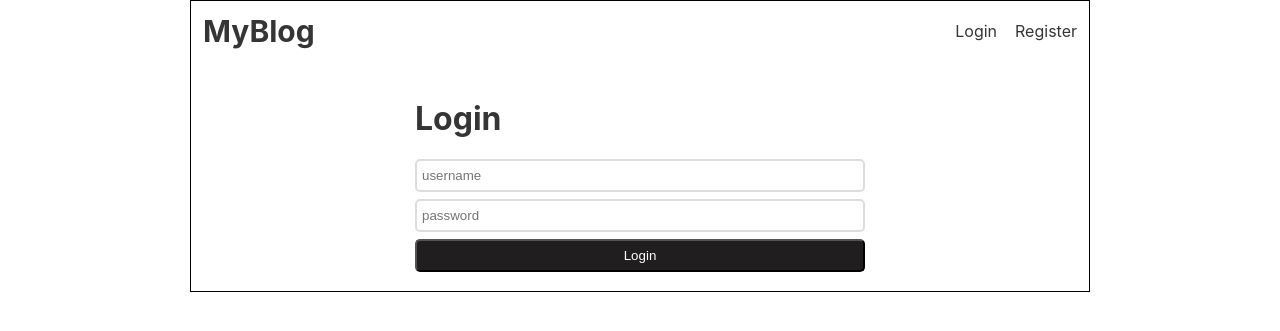
Repository: ateeque-219/BlogApp
Page: /login (app in blogapp/)
An editor plug-in stored every save of this project. The page is shown before and after a run of saves, followed by the edit.
The browser window is 1280 px wide. The pictures show the whole page.
The page's requests for data from a server got no answer. The project was rebuilt for these pictures with package versions that can differ from the ones it lists, and the page was loaded fresh each time. No one was signed in, and anything a server would have sent is missing. Also part of the build but not shown: blogapp/src/Post.js, blogapp/src/pages/Indexpage.js, blogapp/src/pages/RegisterPage.js.

Above is the page before, as saved 2024-01-14 02:11:30.

### blogapp/src/index.js
import React from 'react';
import ReactDOM from 'react-dom/client';
import './index.css';
import App from './App';
import  { BrowserRouter } from "react-router-dom";

const root = ReactDOM.createRoot(document.getElementById('root'));
root.render(
  <React.StrictMode>
   <BrowserRouter>
   <App />
   </BrowserRouter>
  </React.StrictMode>
);

### blogapp/src/App.js

import { Route, Routes } from 'react-router';
import './App.css';
import Layoutt from './Layoutt';
import Indexpage from './pages/Indexpage';
import LoginPage from './pages/LoginPage';
import RegisterPage from './pages/RegisterPage';
import { UserContextProvider } from './UserContext';
function App() {
  return (
    <UserContextProvider>
      <Routes>
      <Route path="/" element={<Layoutt />}>
        <Route index element={<Indexpage />} />
        <Route path="/login" element={<LoginPage/>} />
        <Route path ="/register" element={<RegisterPage/>}/>
      </Route>
    </Routes>
    </UserContextProvider>

  );
}

export default App;

### blogapp/src/App.css
*{
  box-sizing: border-box;
}
body{
  color: #353535;
}
img{
  max-width: 100%;
}
main{
  padding: 12px;
  max-width: 900px;
  margin:0 auto ;
  border: 1px solid black;
}
header{
 display: flex;
 justify-content: space-between;
 margin-bottom: 50px;
 align-items: center;
}
header a{
  text-decoration: none;
  color: inherit;
}
header a.logo{
  font-weight: bolder;
  font-size: 30px;
}
header nav{
  display: flex;
  gap: 18px;
}
div.post{
  display: flex;
  gap: 22px;
   margin-bottom: 44px;
}
div.texts{
  margin: 0;
  padding: 0;
}

.texts h2 {
  margin: 0;
}

.image {
  margin-top: 18px;
  width: 600px;
}
div.post p.info{
  margin: 5px 0;
  display: flex;
  gap: 5px;
  font-weight: bold;
  color: #888;
  font-size: 1rem;

}
div.post p.info a.author{
  color: #333;
}
div.post p.summary{
  margin:4px 0;
  line-height: 1.5rem;
}
form.login , form.register{
max-width: 450px;
  margin: 0 auto;
}
input{
 width: 100%;
 display: block;
 margin-bottom: 7px;
 padding: 7px 5px;
 background-color:#fff;
 border: 2.5px solid #ddd;
 border-radius: 5px;

}
button{
  width: 100%;
  display: block;
 margin-bottom: 7px;
 padding: 7px;
  background-color: rgb(32, 30, 30);
 border-radius: 5px;
 color: white;
}

.title{
  text-align: center;
}

### blogapp/src/Layoutt.js
import React from 'react'
import Head from './Head'
import { Outlet } from 'react-router-dom'
const Layoutt = () => {
  return (
    <main>
      <Head></Head>
      <Outlet/>
    </main>
  )
}

export default Layoutt

### blogapp/src/pages/LoginPage.js
// import React, { useContext, useState } from 'react'
// import { Navigate } from 'react-router';
// import { UserContext } from '../UserContext';

// const LoginPage = () => {
//   const [username, setUsername] = useState('');
//   const [password, setPassword] = useState('');
//   const [redirect,setredirect] = useState(false);
//   const {setuserinfo} = useContext(UserContext);

//   async function login(e){
//     e.preventDefault();
//    const response = await fetch('http://localhost:4000/login',{
//       method:'POST',
//       body:JSON.stringify({username,password}),
//       headers : {'Content-Type':'application/json'},
//       credentials: 'include',
//     });
//     if(response.ok){
//       response.json().then(userinfo =>{
//         // console.log(userinfo);
//         setuserinfo(userinfo);
//         setredirect(true);
//       });

//     }
//     else{
//       alert("wrong credentials");
//     }
//   }
//   if(redirect){
//     return <Navigate to ={'/'}/>
//   }
//   return (
//     <form className="login" onSubmit={(e) => login(e)}>
//       <h1 className='title'>Login</h1>
//       <input type="text" placeholder='username' value={username} onChange={(e) => setUsername(e.target.value)} />
//       <input type="password" placeholder='password' value={password} onChange={(e) => setPassword(e.target.value)} />
//       <button type='submit'>Login</button>
//     </form>
//   );
// }

// export default LoginPage



import { useContext, useState } from "react";
import { Navigate } from "react-router-dom";
import { UserContext } from "../UserContext";

export default function LoginPage() {
  const [username, setUsername] = useState("");
  const [password, setPassword] = useState("");
  const [redirect, setRedirect] = useState(false);
  const [loading, setLoading] = useState(false); // Add loading state
  const { setuserinfo } = useContext(UserContext);

  async function login(ev) {
    ev.preventDefault();
    setLoading(true); // Set loading state to true

    try {
      const response = await fetch("http://localhost:4000/login", {
        method: "POST",
        body: JSON.stringify({ username, password }),
        headers: { "Content-Type": "application/json" },
        credentials: "include",
      });

      if (response.ok) {
        const userInfo = await response.json();
        setuserinfo(userInfo);
        setRedirect(true);
      } else {
        alert("Wrong credentials");
      }
    } catch (error) {
      console.error("Login failed:", error);
      alert("Login failed. Please try again.");
    } finally {
      setLoading(false); // Set loading state back to false, whether login succeeds or fails
    }
  }

  if (redirect) {
    return <Navigate to={"/"} />;
  }

  return (
    <form className="login" onSubmit={login}>
      <h1>Login</h1>
      <input
        type="text"
        placeholder="username"
        value={username}
        onChange={(ev) => setUsername(ev.target.value)}
      />
      <input
        type="password"
        placeholder="password"
        value={password}
        onChange={(ev) => setPassword(ev.target.value)}
      />
      <button type="submit" disabled={loading}>
        {loading ? "Logging in..." : "Login"}
      </button>
    </form>
  );
}

### blogapp/src/UserContext.js
import { createContext, useState } from 'react';
export const UserContext = createContext({});

export function UserContextProvider({ children }) {
  const [userinfo, setuserinfo] = useState({});

  return (
    <UserContext.Provider value={{ userinfo, setuserinfo }}>
      {children}
    </UserContext.Provider>
  );
}

### blogapp/src/Head.js
import React, { useContext, useEffect, useState } from 'react'
import { Link } from 'react-router-dom';
import { UserContext } from './UserContext';
const Head = () => {
  const ctx = useContext(UserContext);
  const [userinfo,setuserinfo] = useState(ctx);
  useEffect(() => {
    fetch('http://localhost:4000/profile', {
      credentials: 'include',
    })
      .then(response => {
         return response.json();
      })
      .then(profileInfo => {
        console.log(profileInfo)
        setuserinfo(profileInfo);
      })
      .catch(error => {
        throw(error);
      });
  }, []);


function logout(){
   fetch('http://localhost:4000/logout',{
    credentials : 'include' ,
    method:'POST',
  });
  setuserinfo({});
}

const username = userinfo?.username;
console.log('dasda',userinfo?.username);
  return (
    <div><header>
    <Link to="/" className="logo">MyBlog</Link>
    <nav>
      {userinfo?.username && (
        <>
        {console.log('3343')}
        <Link to ="create">create</Link>
        <a onClick={logout}>logout</a>
        </>
      )}
      {!userinfo?.username && (
        <>
        {console.log('3343')}
         <Link to="/login">Login</Link>
       <Link to="/register">Register</Link>
        </>
      )}
    </nav>
  </header></div>
  );
}
export default Head;

Loaded but not shown: blogapp/public/index.html (common file); blogapp/src/index.css (common file)

After the next 2 saves:
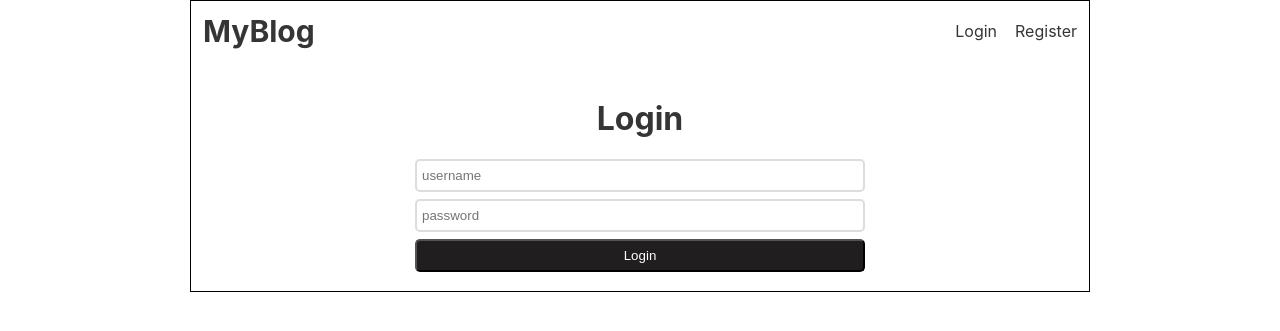
The 2 saves are shown as one change because 1 did not build or start.
The last was saved 3 min 52 s later.
--- a/blogapp/src/pages/LoginPage.js
+++ b/blogapp/src/pages/LoginPage.js
@@ -1,110 +1,44 @@
-// import React, { useContext, useState } from 'react'
-// import { Navigate } from 'react-router';
-// import { UserContext } from '../UserContext';
+import React, { useContext, useState } from 'react'
+import { Navigate } from 'react-router';
+import { UserContext } from '../UserContext';
 
-// const LoginPage = () => {
-//   const [username, setUsername] = useState('');
-//   const [password, setPassword] = useState('');
-//   const [redirect,setredirect] = useState(false);
-//   const {setuserinfo} = useContext(UserContext);
+const LoginPage = () => {
+  const [username, setUsername] = useState('');
+  const [password, setPassword] = useState('');
+  const [redirect,setredirect] = useState(false);
+  const {setuserinfo} = useContext(UserContext);
 
-//   async function login(e){
-//     e.preventDefault();
-//    const response = await fetch('http://localhost:4000/login',{
-//       method:'POST',
-//       body:JSON.stringify({username,password}),
-//       headers : {'Content-Type':'application/json'},
-//       credentials: 'include',
-//     });
-//     if(response.ok){
-//       response.json().then(userinfo =>{
-//         // console.log(userinfo);
-//         setuserinfo(userinfo);
-//         setredirect(true);
-//       });
-
-//     }
-//     else{
-//       alert("wrong credentials");
-//     }
-//   }
-//   if(redirect){
-//     return <Navigate to ={'/'}/>
-//   }
-//   return (
-//     <form className="login" onSubmit={(e) => login(e)}>
-//       <h1 className='title'>Login</h1>
-//       <input type="text" placeholder='username' value={username} onChange={(e) => setUsername(e.target.value)} />
-//       <input type="password" placeholder='password' value={password} onChange={(e) => setPassword(e.target.value)} />
-//       <button type='submit'>Login</button>
-//     </form>
-//   );
-// }
-
-// export default LoginPage
-
-
-
-import { useContext, useState } from "react";
-import { Navigate } from "react-router-dom";
-import { UserContext } from "../UserContext";
-
-export default function LoginPage() {
-  const [username, setUsername] = useState("");
-  const [password, setPassword] = useState("");
-  const [redirect, setRedirect] = useState(false);
-  const [loading, setLoading] = useState(false); // Add loading state
-  const { setuserinfo } = useContext(UserContext);
-
-  async function login(ev) {
-    ev.preventDefault();
-    setLoading(true); // Set loading state to true
-
-    try {
-      const response = await fetch("http://localhost:4000/login", {
-        method: "POST",
-        body: JSON.stringify({ username, password }),
-        headers: { "Content-Type": "application/json" },
-        credentials: "include",
+  async function login(e){
+    e.preventDefault();
+   const response = await fetch('http://localhost:4000/login',{
+      method:'POST',
+      body:JSON.stringify({username,password}),
+      headers : {'Content-Type':'application/json'},
+      credentials: 'include',
+    });
+    if(response.ok){
+      response.json().then(userinfo =>{
+        // console.log(userinfo);
+        setuserinfo(userinfo);
+        setredirect(true);
       });
 
-      if (response.ok) {
-        const userInfo = await response.json();
-        setuserinfo(userInfo);
-        setRedirect(true);
-      } else {
-        alert("Wrong credentials");
-      }
-    } catch (error) {
-      console.error("Login failed:", error);
-      alert("Login failed. Please try again.");
-    } finally {
-      setLoading(false); // Set loading state back to false, whether login succeeds or fails
+    }
+    else{
+      alert("wrong credentials");
     }
   }
-
-  if (redirect) {
-    return <Navigate to={"/"} />;
+  if(redirect){
+    return <Navigate to ={'/'}/>
   }
-
   return (
-    <form className="login" onSubmit={login}>
-      <h1>Login</h1>
-      <input
-        type="text"
-        placeholder="username"
-        value={username}
-        onChange={(ev) => setUsername(ev.target.value)}
-      />
-      <input
-        type="password"
-        placeholder="password"
-        value={password}
-        onChange={(ev) => setPassword(ev.target.value)}
-      />
-      <button type="submit" disabled={loading}>
-        {loading ? "Logging in..." : "Login"}
-      </button>
+    <form className="login" onSubmit={(e) => login(e)}>
+      <h1 className='title'>Login</h1>
+      <input type="text" placeholder='username' value={username} onChange={(e) => setUsername(e.target.value)} />
+      <input type="password" placeholder='password' value={password} onChange={(e) => setPassword(e.target.value)} />
+      <button type='submit'>Login</button>
     </form>
   );
 }
+
+export default LoginPage
